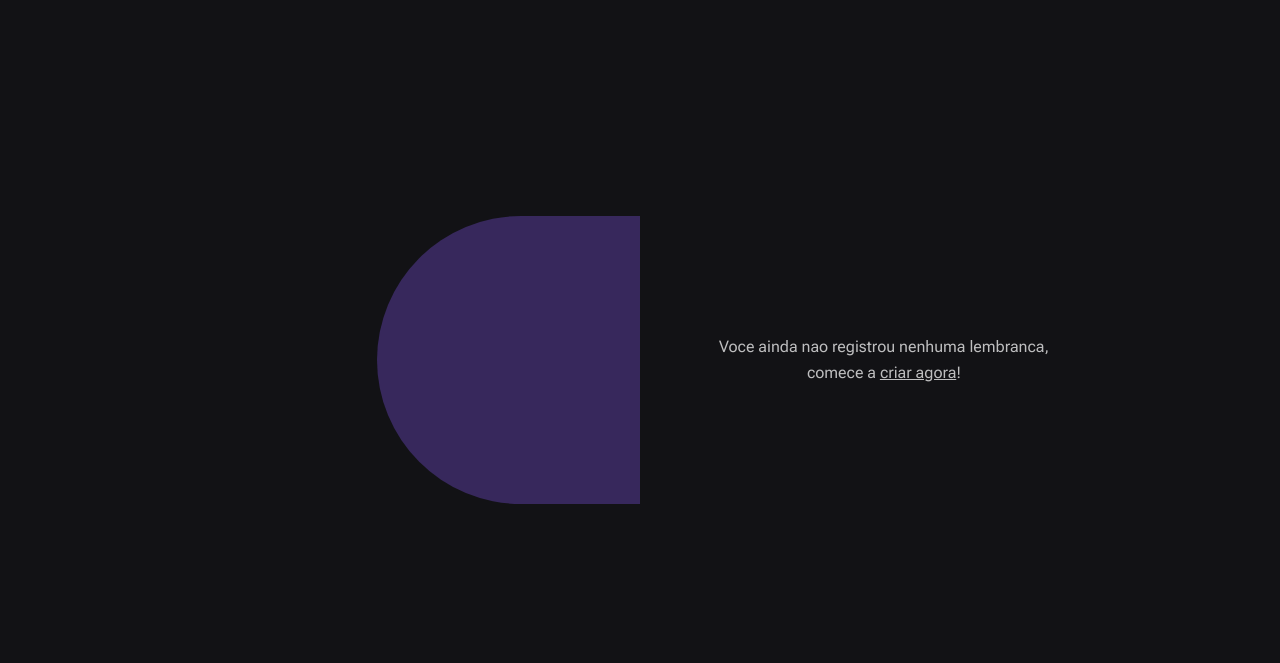
Repository: viniimartins/NLWSpacetime
Page: /
The author's editor kept a copy of each file at every save. The page is drawn from the files as they stood at one save, then again after the next save.
The browser window is 1280 px wide. The pictures show the whole page.
Some web fonts or font styles are not loaded; a fallback is used. The project was rebuilt for these pictures with package versions that can differ from the ones it lists, and the page was loaded fresh each time. The framework's server and built-in components were replaced by stand-ins that run in the browser. Also part of the build but not shown: next.config.js.

Above is the page before, as saved 2023-05-17 15:55:39.

After the next save:
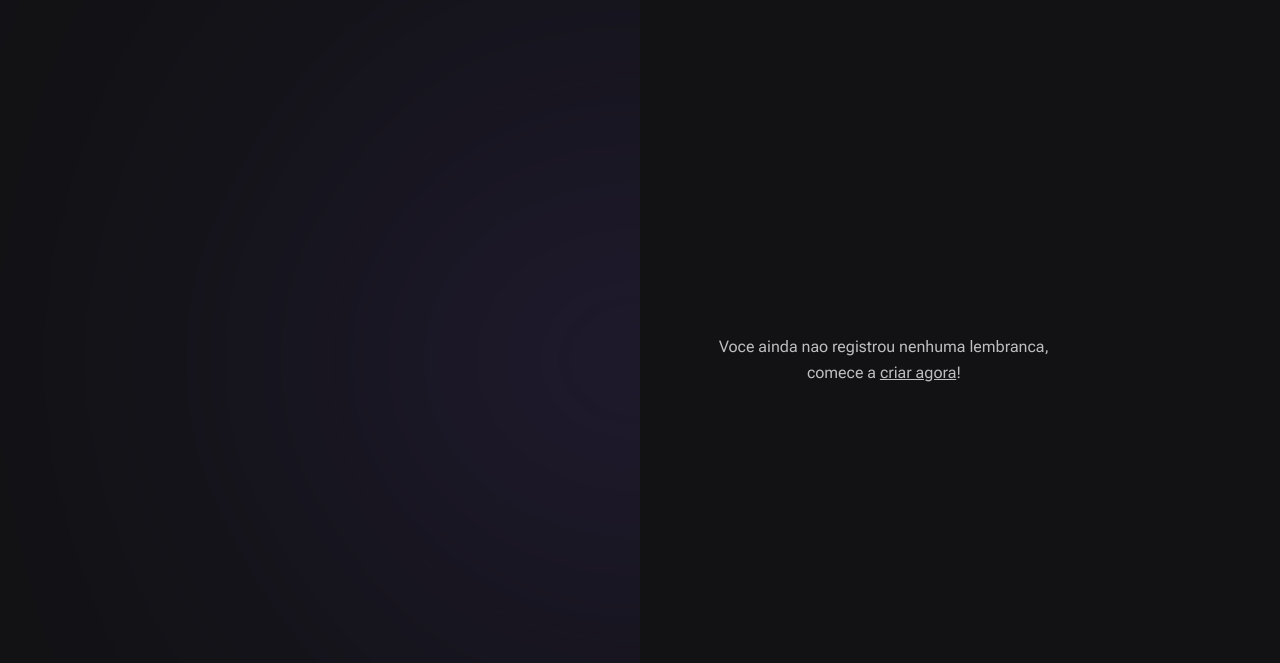
Saved 12 s later.
--- a/src/app/page.tsx
+++ b/src/app/page.tsx
@@ -2,7 +2,7 @@ export default function Home() {
   return (
     <main className="grid min-h-screen grid-cols-2">
       <div className="relative flex flex-col items-start justify-between overflow-hidden px-28 py-16">
-        <div className="absolute right-0 top-1/2 h-[288px] w-[526px] -translate-y-1/2 translate-x-1/2 rounded-full bg-purple-700 opacity-50 blue-full"></div>
+        <div className="absolute right-0 top-1/2 h-[288px] w-[526px] -translate-y-1/2 translate-x-1/2 rounded-full bg-purple-700 opacity-50 blur-full"></div>
       </div>
 
       <div className="flex flex-col p-16">
